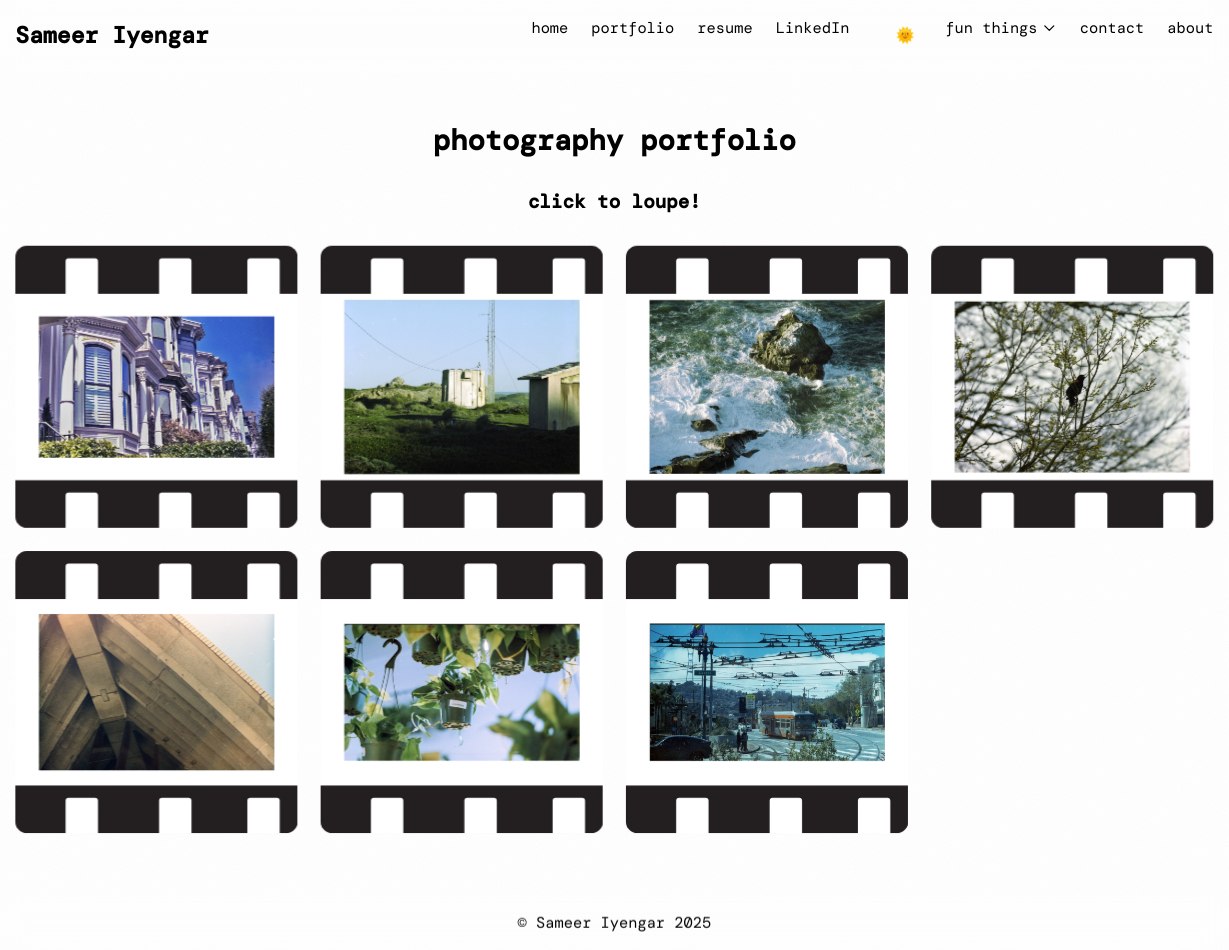
Repository: siyengar04/siyengar04.github.io
Page: portfolio.html
An editor plug-in stored every save of this project. The page is shown before and after the next save, followed by the edit.
The browser window is 1280 px wide. The pictures show the whole page, at 96% of full size.
Some web fonts or font styles are not loaded; a fallback is used.

Above is the page before, as saved 2025-10-11 16:25:24.

### portfolio.html
<!DOCTYPE html>
<html lang="en">

<head>
    <script>
        if (localStorage.theme === 'dark' ||
            (!('theme' in localStorage) && window.matchMedia('(prefers-color-scheme: dark)').matches)) {
            document.documentElement.classList.add('dark-theme');
        }
    </script>
    <meta charset="UTF-8">
    <meta name="viewport" content="width=device-width, initial-scale=1.0">
    <meta property="og:image" content="./images/profile.jpg">
    <meta property="og:image:type" content="image/jpg">
    <meta name="description" content="student, innovator, engineer" />
    <meta property="og:title" content="Sameer Iyengar">
    <meta property="og:description" content="student, innovator, engineer">
    <title>Sameer Iyengar - Photography Portfolio</title>
    <script src="https://cdn.jsdelivr.net/npm/@tailwindcss/browser@4"></script>
    <link rel="preconnect" href="https://fonts.googleapis.com">
    <link rel="preconnect" href="https://fonts.gstatic.com" crossorigin>
    <link
        href="https://fonts.googleapis.com/css2?family=DM+Mono:ital,wght@0,300;0,400;0,500;1,300;1,400;1,500&display=swap"
        rel="stylesheet">
    <style>
        <style> :root {
            /* Light Theme (default) - High contrast */
            --bg-primary: #f5f5f7;
            --text-primary: #121212;
            --glass-light: rgba(255, 255, 255, 0.85);
            --glass-text: #121212;
            --border-light: rgba(0, 0, 0, 0.1);
            --accent-color: #3b82f6;

            /* Dark Theme */
            --bg-primary-dark: #0a0a0a;
            --text-primary-dark: #f8f9fa;
            --glass-dark: rgba(20, 20, 20, 0.85);
            --glass-text-dark: #f8f9fa;
            --border-dark: rgba(255, 255, 255, 0.15);
            --accent-color-dark: #60a5fa;
        }

        .gallery-item {
            position: relative;
            /* Needed for absolute positioning of pseudo-elements */
        }

        .gallery-item::before,
        .gallery-item::after {
            content: "";
            position: absolute;
            left: 0;
            width: 100%;
            height: 50px;
            /* Adjust based on your SVG border height */
            background-image: url('Asset 4.svg');
            background-size: cover;
            z-index: 2;
        }

        .gallery-item::before {
            top: 0;
            background-image: url('Asset 4.svg');
        }

        .gallery-item::after {
            bottom: 0;
            background-image: url('Asset 4.svg');
        }

        .gallery-img {
            position: relative;
            z-index: 1;
        }

        .dark-theme {
            --bg-primary: var(--bg-primary-dark);
            --text-primary: var(--text-primary-dark);
            --glass-light: var(--glass-dark);
            --glass-text: var(--glass-text-dark);
            --border-light: var(--border-dark);
            --accent-color: var(--accent-color-dark);
        }

        body {
            font-family: 'DM Mono', sans-serif;
            background: var(--bg-primary);
            color: var(--text-primary);
            transition: background 0.5s ease, color 0.3s ease;
            background-image: url('data:[embedded picture, 288 characters]');
            line-height: 1.6;
            margin: 0;
            padding: 0;
        }

        /* Glassmorphism Navigation Bar */
        header {
            position: fixed;
            top: 0;
            width: 100%;
            background: var(--glass-light) !important;
            backdrop-filter: blur(12px);
            -webkit-backdrop-filter: blur(12px);
            border-bottom: 1px solid var(--border-light);
            color: var(--glass-text) !important;
            z-index: 100;
            padding: 1rem 0;
        }

        /* Navigation */
        nav a {
            color: var(--glass-text);
            transition: all 0.3s ease;
        }

        nav a:hover {
            color: var(--accent-color);
            transform: translateY(-2px);
        }

        /* Theme toggle button */
        #theme-toggle {
            background: var(--glass-light);
            backdrop-filter: blur(10px);
            border: 1px solid var(--border-light);
            transition: all 0.3s ease;
        }

        #theme-toggle:hover {
            transform: scale(1.1);
        }

        /* Portfolio Section */
        #portfolio {
            padding: 8rem 0 4rem;
            /* Adjusted for fixed header */
        }

        .gallery-img {
            transition: transform 0.3s ease, box-shadow 0.3s ease;
            cursor: pointer;
            border-radius: 12px;
            object-fit: cover;
            width: 100%;
            height: 100%;
        }

        .gallery-item {
            background: var(--glass-light);
            backdrop-filter: blur(8px);
            -webkit-backdrop-filter: blur(8px);
            border: 1px solid var(--border-light);
            border-radius: 12px;
            overflow: hidden;
            transition: all 0.3s ease;
        }

        .gallery-item:hover {
            transform: translateY(-5px);
            box-shadow: 0 10px 25px rgba(0, 0, 0, 0.2);
        }

        .dark-theme .gallery-item:hover {
            box-shadow: 0 10px 25px rgba(0, 0, 0, 0.4);
        }

        /* Modal */
        .modal {
            display: none;
            position: fixed;
            z-index: 1000;
            left: 0;
            top: 0;
            width: 100%;
            height: 100%;
            background-color: rgba(0, 0, 0, 0.9);
            overflow: auto;
        }

        .modal-content {
            margin: auto;
            display: block;
            max-width: 90%;
            max-height: 80vh;
            margin-top: 10vh;
            background: var(--glass-light);
            backdrop-filter: blur(20px);
            -webkit-backdrop-filter: blur(20px);
            border-radius: 12px;
            padding: 20px;
            border: 1px solid var(--border-light);
        }

        .close {
            position: absolute;
            top: 20px;
            right: 35px;
            color: white;
            font-size: 40px;
            font-weight: bold;
            cursor: pointer;
            z-index: 1001;
        }

        .caption {
            margin: auto;
            display: block;
            width: 80%;
            text-align: center;
            color: var(--text-primary);
            padding: 10px 0;
            font-size: 1.2rem;
        }

        /* Dropdown menu */
        .desktop-dropdown-menu {
            margin-top: 0.5rem;
            background: var(--glass-light);
            backdrop-filter: blur(12px);
            -webkit-backdrop-filter: blur(12px);
            border: 1px solid var(--border-light);
            border-radius: 8px;
            overflow: hidden;
            box-shadow: 0 8px 32px rgba(0, 0, 0, 0.1);
        }

        .desktop-dropdown:hover .desktop-dropdown-menu {
            display: block;
        }

        /* Footer */
        footer {
            background: var(--glass-light);
            backdrop-filter: blur(12px);
            -webkit-backdrop-filter: blur(12px);
            border-top: 1px solid var(--border-light);
            padding: 1rem 0;
            color: var(--glass-text);
        }

        /* Grid Layout */
        .grid {
            display: grid;
            grid-template-columns: repeat(auto-fill, minmax(250px, 1fr));
            gap: 1.5rem;
        }

        @media (max-width: 768px) {
            #portfolio {
                padding: 6rem 0 2rem;
            }

            #nav-menu {
                background: var(--glass-light);
                backdrop-filter: blur(12px);
                -webkit-backdrop-filter: blur(12px);
                border: 1px solid var(--border-light);
                border-radius: 8px;
                padding: 1rem;
                margin-top: 0.5rem;
            }

            .modal-content {
                max-width: 95%;
                max-height: 85vh;
                margin-top: 5vh;
            }
        }
    </style>
</head>

<body>
    <header class="fixed top-0 z-10 w-full">
        <div class="container flex items-center justify-between px-4 mx-auto">
            <h1 class="text-2xl font-semibold">Sameer Iyengar</h1>
            <div class="md:hidden">
                <button id="nav-toggle" class="focus:outline-none">
                    <svg xmlns="http://www.w3.org/2000/svg" class="w-6 h-6" fill="none" viewBox="0 0 24 24"
                        stroke="currentColor">
                        <path stroke-linecap="round" stroke-linejoin="round" stroke-width="2"
                            d="M4 6h16M4 12h16m-7 6h7" />
                    </svg>
                </button>
            </div>
            <nav id="nav-menu" class="hidden md:flex md:space-x-6">
                <ul class="flex flex-col space-y-4 md:flex-row md:space-y-0 md:space-x-6">
                    <li><a href="/index.html">home</a></li>
                    <li><a href="/portfolio.html">portfolio</a></li>
                    <li><a href="/resume.html">resume</a></li>
                    <li><a href="https://www.linkedin.com/in/sameer-iyengar/">LinkedIn</a></li>
                    <li>
                        <button id="theme-toggle" class="p-2 ml-4 rounded-full">
                            <span class="light-icon">🌞</span>
                            <span class="hidden dark-icon">🌙</span>
                        </button>
                    </li>
                    <!-- Desktop Fun Things Dropdown -->
                    <li class="relative group">
                        <button class="flex items-center">
                            fun things
                            <svg class="w-4 h-4 ml-1" fill="none" stroke="currentColor" viewBox="0 0 24 24"
                                xmlns="http://www.w3.org/2000/svg">
                                <path stroke-linecap="round" stroke-linejoin="round" stroke-width="2"
                                    d="M19 9l-7 7-7-7"></path>
                            </svg>
                        </button>
                        <div class="absolute left-0 hidden pt-2 group-hover:block desktop-dropdown-menu">
                            <a href="/cat-gallery.html" class="block px-4 py-2 hover:text-accent-color">eva!!</a>
                        </div>
                    </li>
                    <li><a href="/contact.html">contact</a></li>
                    <li><a href="/about.html">about</a></li>
                </ul>
            </nav>
        </div>
    </header>

    <main>
        <section id="portfolio" class="portfolio">
            <div class="container px-4 mx-auto">
                <h2 class="mb-8 text-3xl font-bold text-center">photography portfolio</h2>
                <h3 class="mb-8 text-xl font-bold text-center">click to loupe!</h3>
                <div class="grid">
                    <!-- Gallery Item 1 -->
                    <div class="gallery-item">
                        <img loading="lazy" src="./images/photo1.jpg" alt="Photo 1" class="gallery-img"
                            onclick="openModal('./images/photo1.jpg', 'rowhouses, San Francisco, CA')">
                    </div>

                    <!-- Gallery Item 2 -->
                    <div class="gallery-item">
                        <img loading="lazy" src="./images/photo2.jpg" alt="Photo 2" class="gallery-img"
                            onclick="openModal('./images/photo2.jpg', 'utility box, Point Reyes, CA')">
                    </div>

                    <!-- Gallery Item 3 -->
                    <div class="gallery-item">
                        <img loading="lazy" src="./images/photo3.png" alt="Photo 3" class="gallery-img"
                            onclick="openModal('./images/photo3.png', 'sea rocks, Point Reyes, CA')">
                    </div>

                    <!-- Gallery Item 4 -->
                    <div class="gallery-item">
                        <img loading="lazy" src="./images/photo4.png" alt="Photo 4" class="gallery-img"
                            onclick="openModal('./images/photo4.png', 'red-winged blackbird, U of I Arboretum, Urbana, IL')">
                    </div>

                    <!-- Gallery Item 5 -->
                    <div class="gallery-item">
                        <img loading="lazy" src="./images/photo5.png" alt="Photo 5" class="gallery-img"
                            onclick="openModal('./images/photo5.png', 'architecture, Opera House, Sydney, Australia')">
                    </div>

                    <!-- Gallery Item 6 -->
                    <div class="gallery-item">
                        <img loading="lazy" src="./images/photo6.png" alt="Photo 6" class="gallery-img"
                            onclick="openModal('./images/photo6.png', 'hanging garden, The Castro, San Francisco, CA')">
                    </div>

                    <!-- Gallery Item 7 -->
                    <div class="gallery-item">
                        <img loading="lazy" src="./images/photo7.png" alt="Photo 7" class="gallery-img"
                            onclick="openModal('./images/photo7.png', 'MUNI bus, The Castro, San Francisco, CA')">
                    </div>
                </div>
            </div>
        </section>
    </main>

    <!-- The Modal/Lightbox -->
    <div id="myModal" class="modal">
        <span class="close" onclick="closeModal()">&times;</span>
        <img loading="lazy" class="modal-content" id="img01">
        <div id="caption" class="caption"></div>
    </div>

    <footer class="text-center">
        <div class="container mx-auto">
            <p>&copy; Sameer Iyengar 2025</p>
        </div>
    </footer>

    <script>
        // Mobile navigation toggle
        const navToggle = document.getElementById('nav-toggle');
        const navMenu = document.getElementById('nav-menu');

        navToggle.addEventListener('click', () => {
            navMenu.classList.toggle('hidden');
        });

        // Theme toggle functionality
        const themeToggle = document.getElementById('theme-toggle');
        const darkIcon = document.querySelector('.dark-icon');
        const lightIcon = document.querySelector('.light-icon');

        // Check for saved preference or system preference
        const savedTheme = localStorage.getItem('theme') ||
            (window.matchMedia('(prefers-color-scheme: dark)').matches ? 'dark' : 'light');

        if (savedTheme === 'dark') document.documentElement.classList.add('dark-theme');

        // Update UI icons
        function updateIcons() {
            const isDark = document.documentElement.classList.contains('dark-theme');
            darkIcon.classList.toggle('hidden', !isDark);
            lightIcon.classList.toggle('hidden', isDark);
        }

        // Toggle theme
        themeToggle.addEventListener('click', () => {
            document.documentElement.classList.toggle('dark-theme');
            const theme = document.documentElement.classList.contains('dark-theme') ? 'dark' : 'light';
            localStorage.setItem('theme', theme);
            updateIcons();
        });

        // Initialize icons
        updateIcons();

        // Lightbox functionality
        function openModal(src, alt) {
            const modal = document.getElementById("myModal");
            const modalImg = document.getElementById("img01");
            const captionText = document.getElementById("caption");

            modal.style.display = "block";
            modalImg.src = src;
            captionText.innerHTML = alt;

            // Close modal when clicking outside the image
            modal.onclick = function (event) {
                if (event.target === modal) {
                    closeModal();
                }
            };

            // Close modal with Escape key
            document.onkeydown = function (evt) {
                evt = evt || window.event;
                if (evt.key === "Escape") {
                    closeModal();
                }
            };
        }

        function closeModal() {
            document.getElementById("myModal").style.display = "none";
        }
    </script>
</body>

</html>

After the next save:
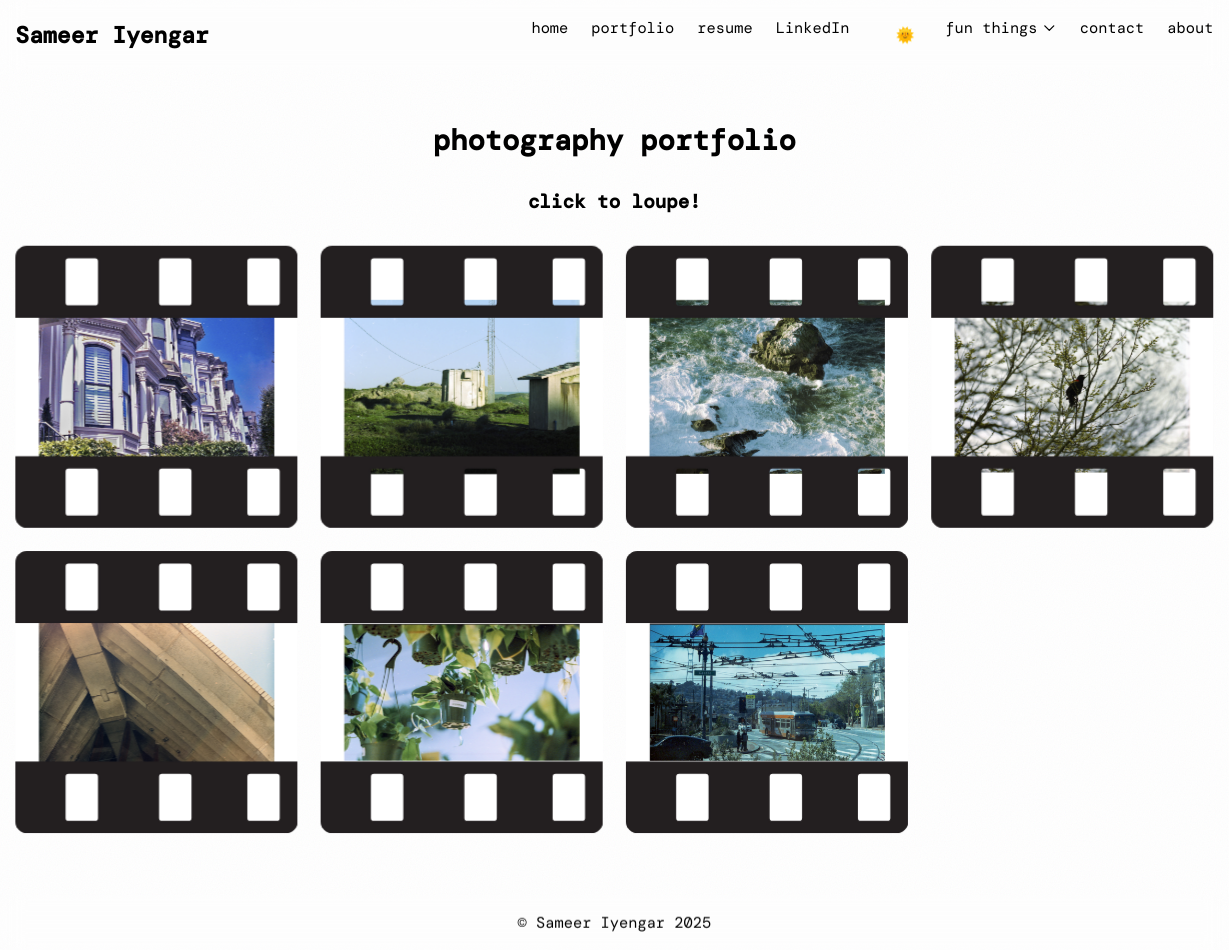
Saved 5 s later.
--- a/portfolio.html
+++ b/portfolio.html
@@ -52,7 +52,7 @@
             position: absolute;
             left: 0;
             width: 100%;
-            height: 50px;
+            height: 75px;
             /* Adjust based on your SVG border height */
             background-image: url('Asset 4.svg');
             background-size: cover;
